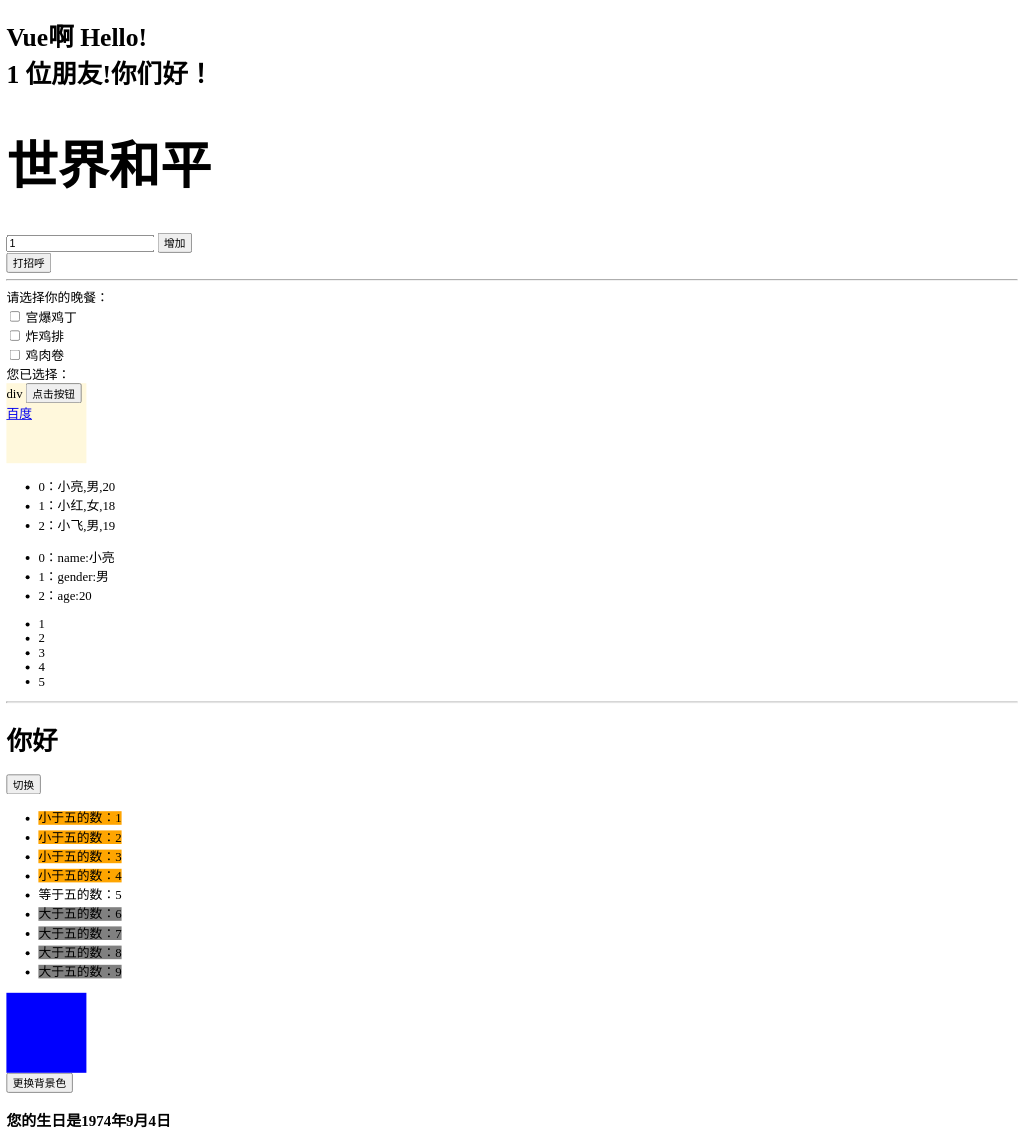
Repository: SOROoi/Web_front-end
Page: Web01_Vue/src/main/webapp/index.html
The author's editor kept a copy of each file at every save. The page is drawn from the files as they stood at one save, then again after the next save.
The browser window is 1280 px wide. The pictures show the whole page, at 80% of full size.

Above is the page before, as saved 2020-07-15 06:04:13.

After the next save:
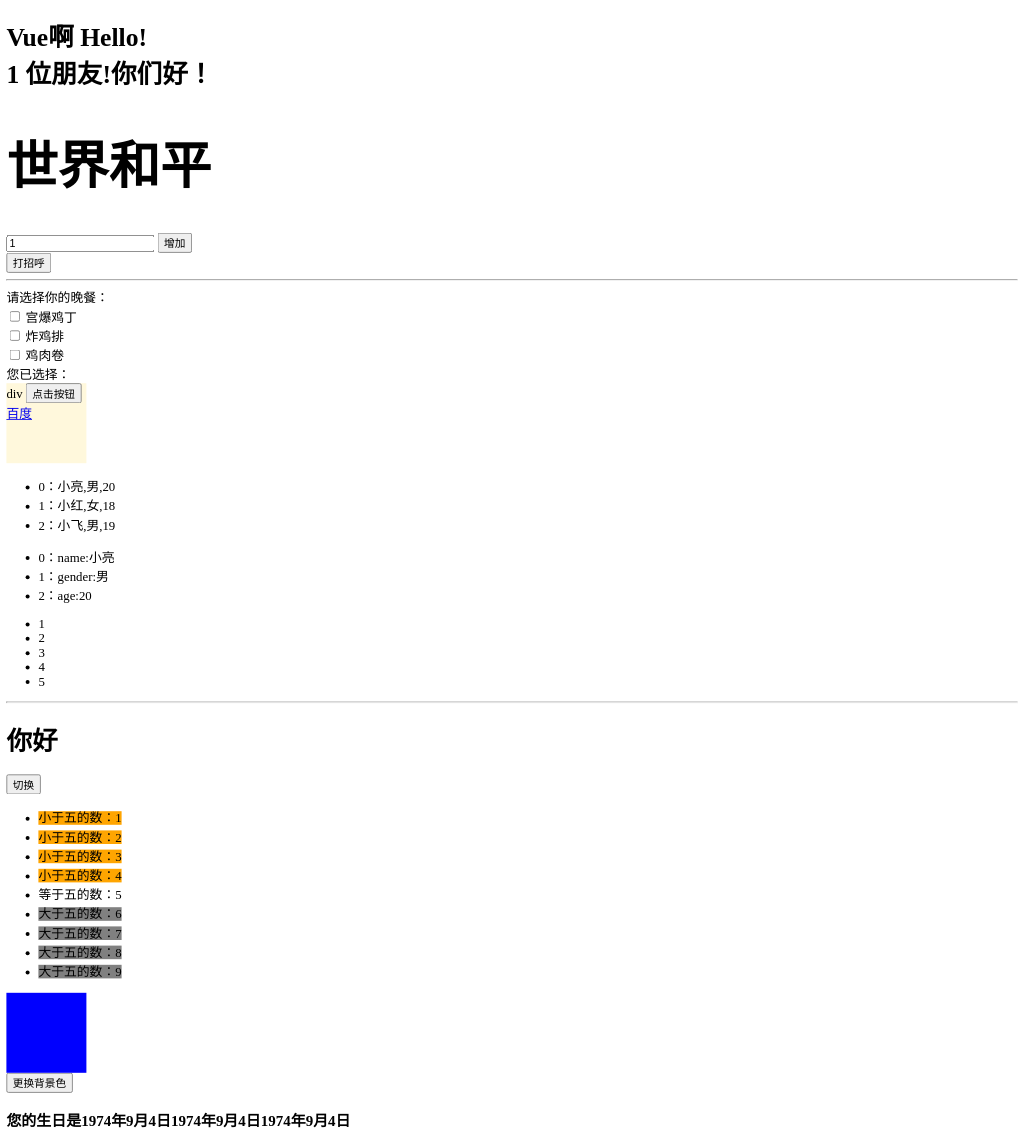
Saved 17 s later.
--- a/Web01_Vue/src/main/webapp/index.html
+++ b/Web01_Vue/src/main/webapp/index.html
@@ -88,7 +88,7 @@
 		<button @click="showColor = !showColor">更换背景色</button>
 
 		<!-- 计算属性 -->
-		<h3>您的生日是{{birth}}</h3>
+		<h3>您的生日是{{birth}}{{birth}}{{birth}}</h3>
 	</div>
 </body>
 

After the save that followed:
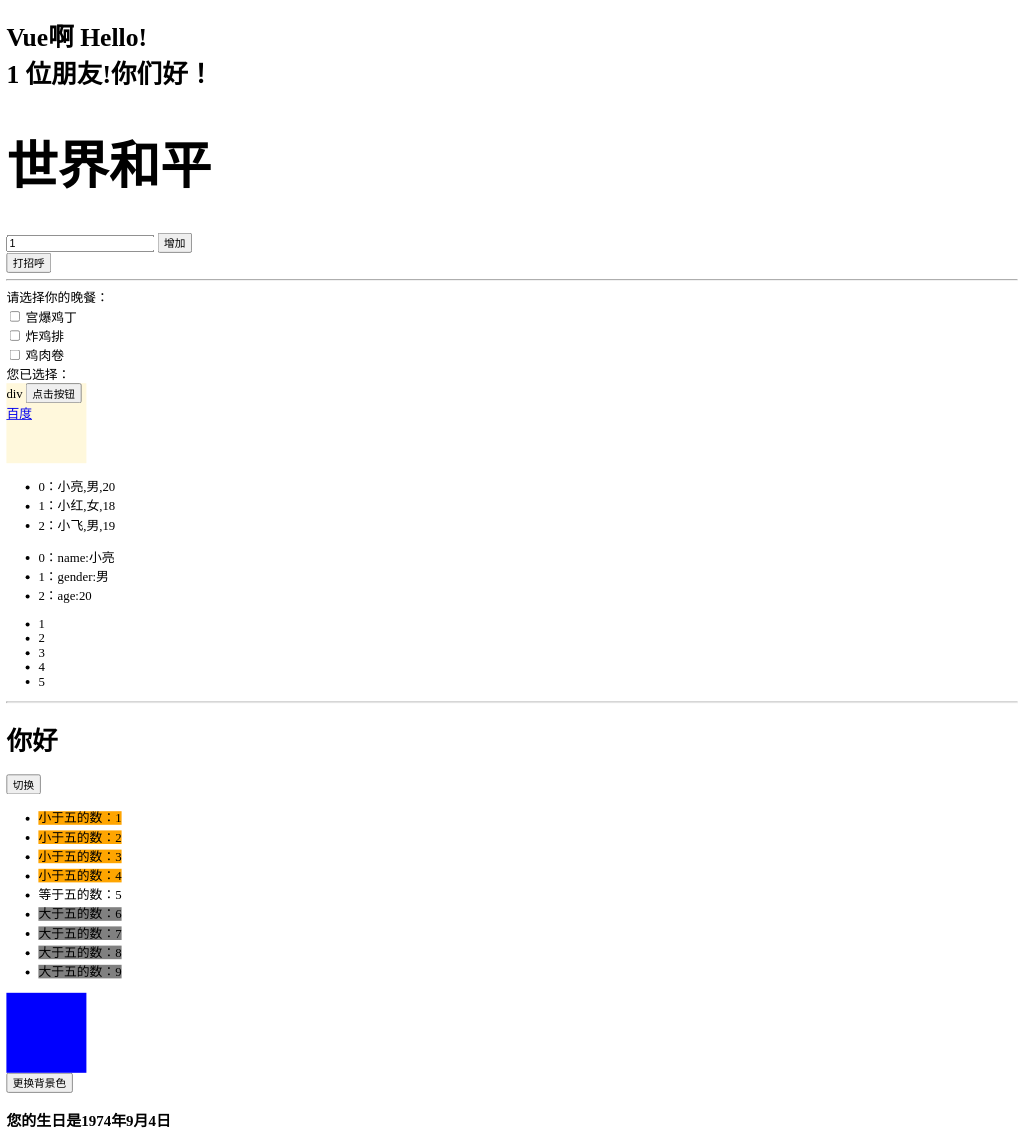
Saved 10 s later.
--- a/Web01_Vue/src/main/webapp/index.html
+++ b/Web01_Vue/src/main/webapp/index.html
@@ -88,7 +88,7 @@
 		<button @click="showColor = !showColor">更换背景色</button>
 
 		<!-- 计算属性 -->
-		<h3>您的生日是{{birth}}{{birth}}{{birth}}</h3>
+		<h3>您的生日是{{birth}}</h3>
 	</div>
 </body>
 
